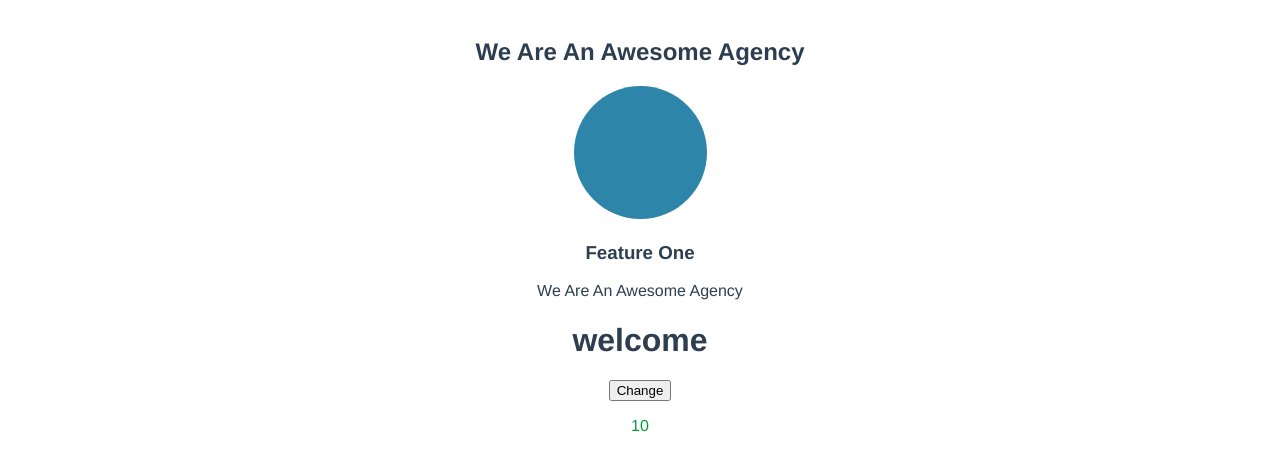
Repository: joker506/Creatives
Page: /
These files come from the project's save history. The page is drawn as it stood at one moment and after the next save; the edit follows.
The browser window is 1280 px wide. The pictures show the part of the page from y = 908 to 1529 px (the page is 1367 px tall before and 1529 px after).
The project was rebuilt for these pictures with package versions that can differ from the ones it lists, and the page was loaded fresh each time.

Above is the page before, as saved 2020-04-01 18:22:23.

After the next save:
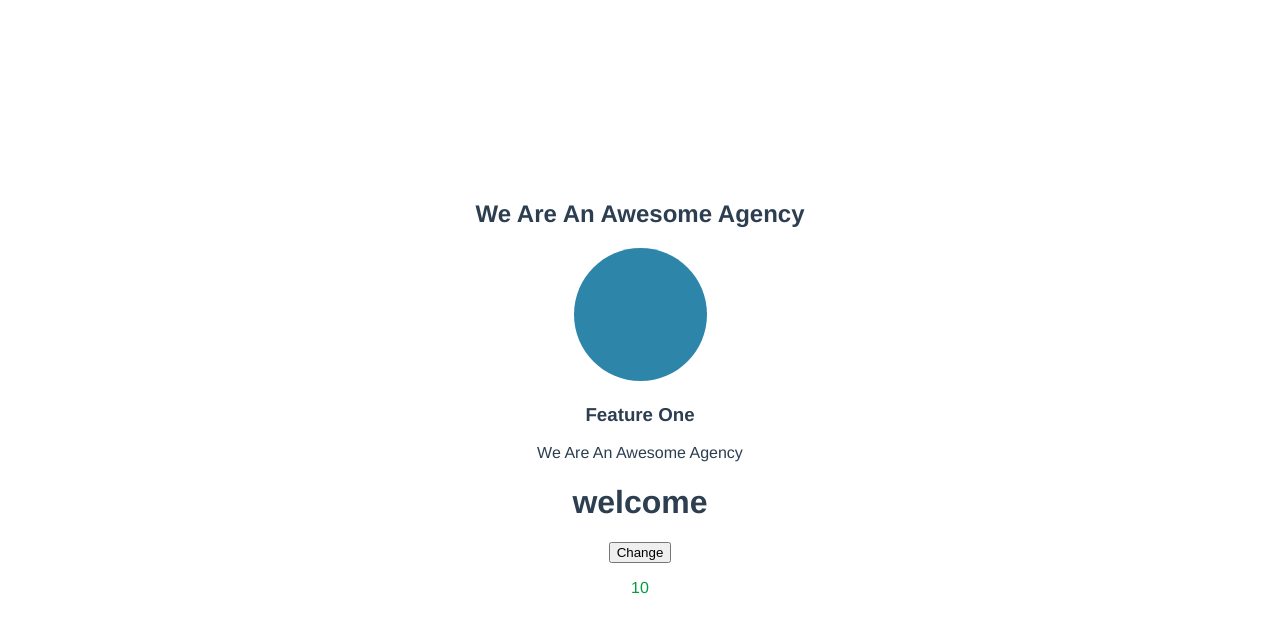
Saved 41 s later.
--- a/src/components/AdvantagesApp.vue
+++ b/src/components/AdvantagesApp.vue
@@ -1,7 +1,7 @@
 <template>
 <section class="advantages">
     <div class="">
-        <img src="~@/assets/W_logo.svg" alt="">
+        <img src="~@/assets/W.png" alt="">
 <h2 class="advantages__title">
     We Are An Awesome Agency
 </h2>
